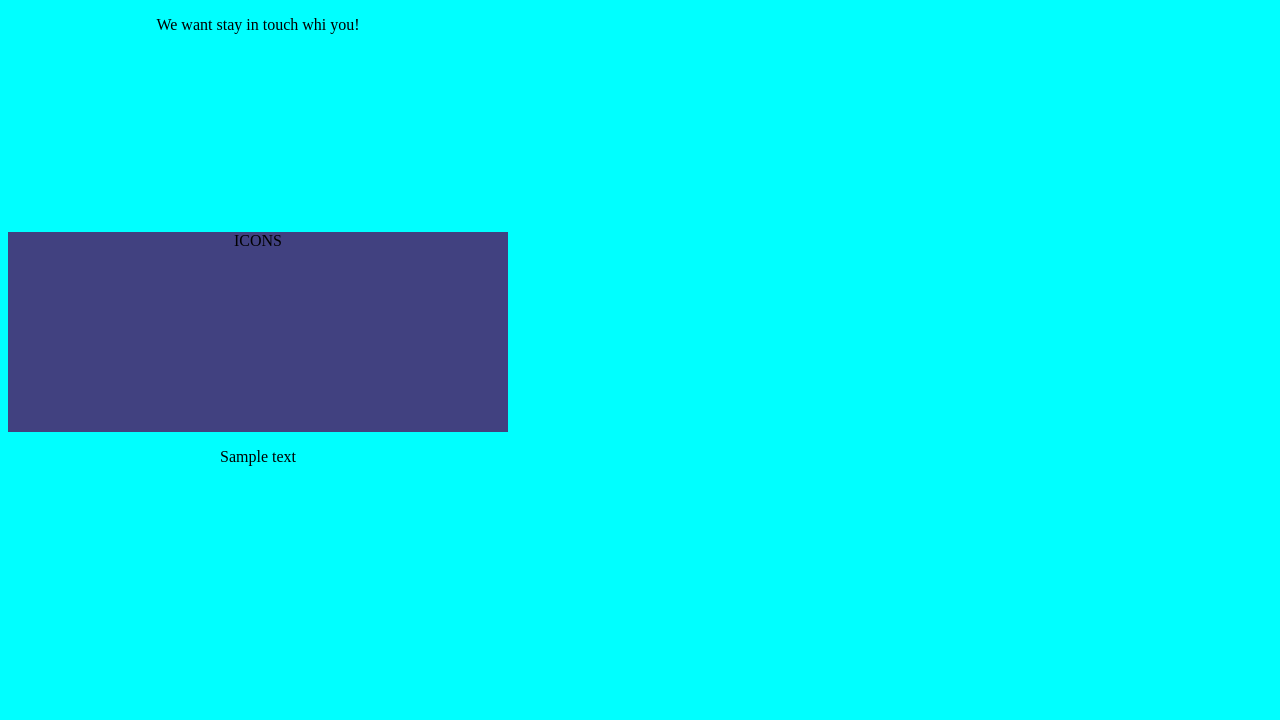
Repository: JhonMercedes/profile
Page: index.html
An editor plug-in stored every save of this project. The page is shown before and after the next save, followed by the edit.
The browser window is 1280 px wide. The pictures show the whole page.

Above is the page before, as saved 2021-12-08 02:00:57.

After the next save:
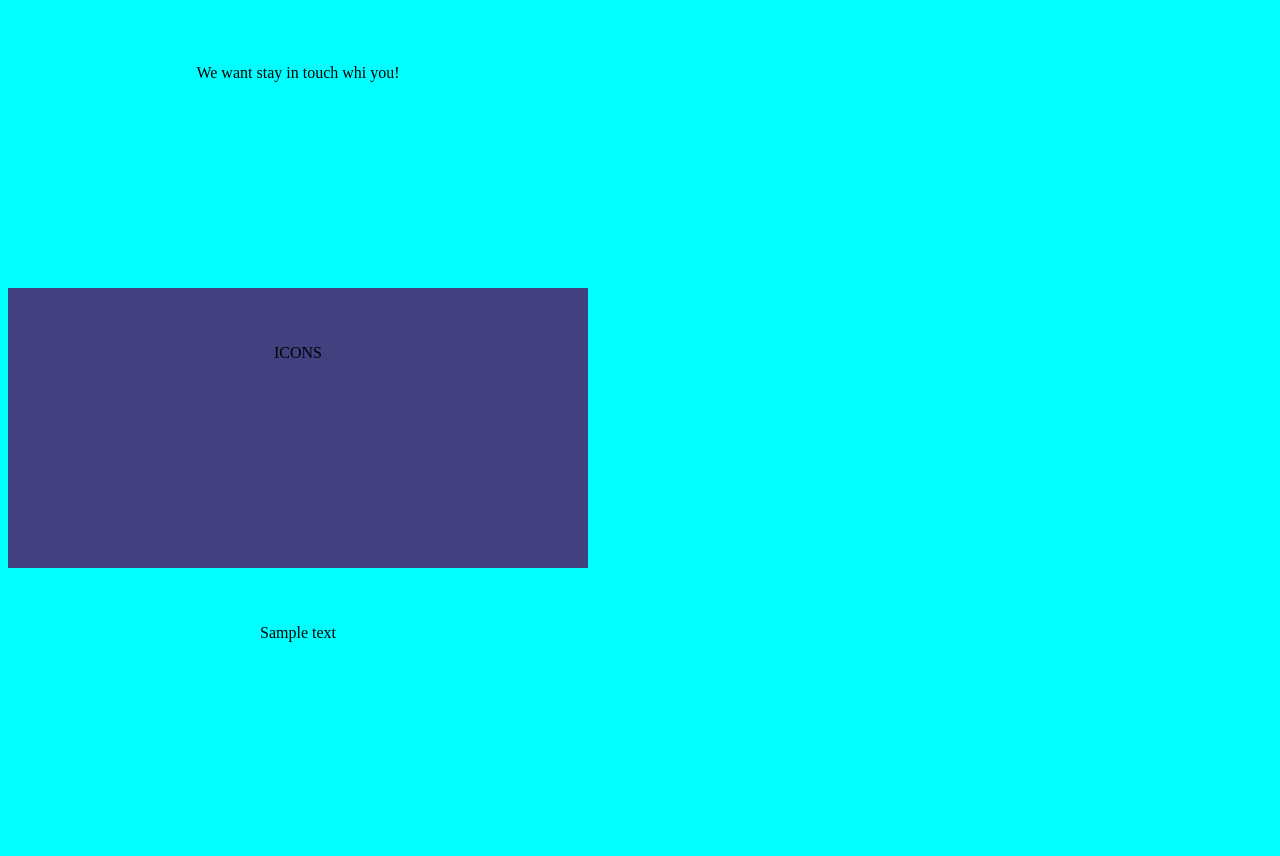
Saved 9 s later.
--- a/style.css
+++ b/style.css
@@ -6,7 +6,7 @@
     width: 500px;
     height: 200px;
     text-align: center;
-    padding: auto;
+    padding: 40px;
 }
 
 .container2 {
